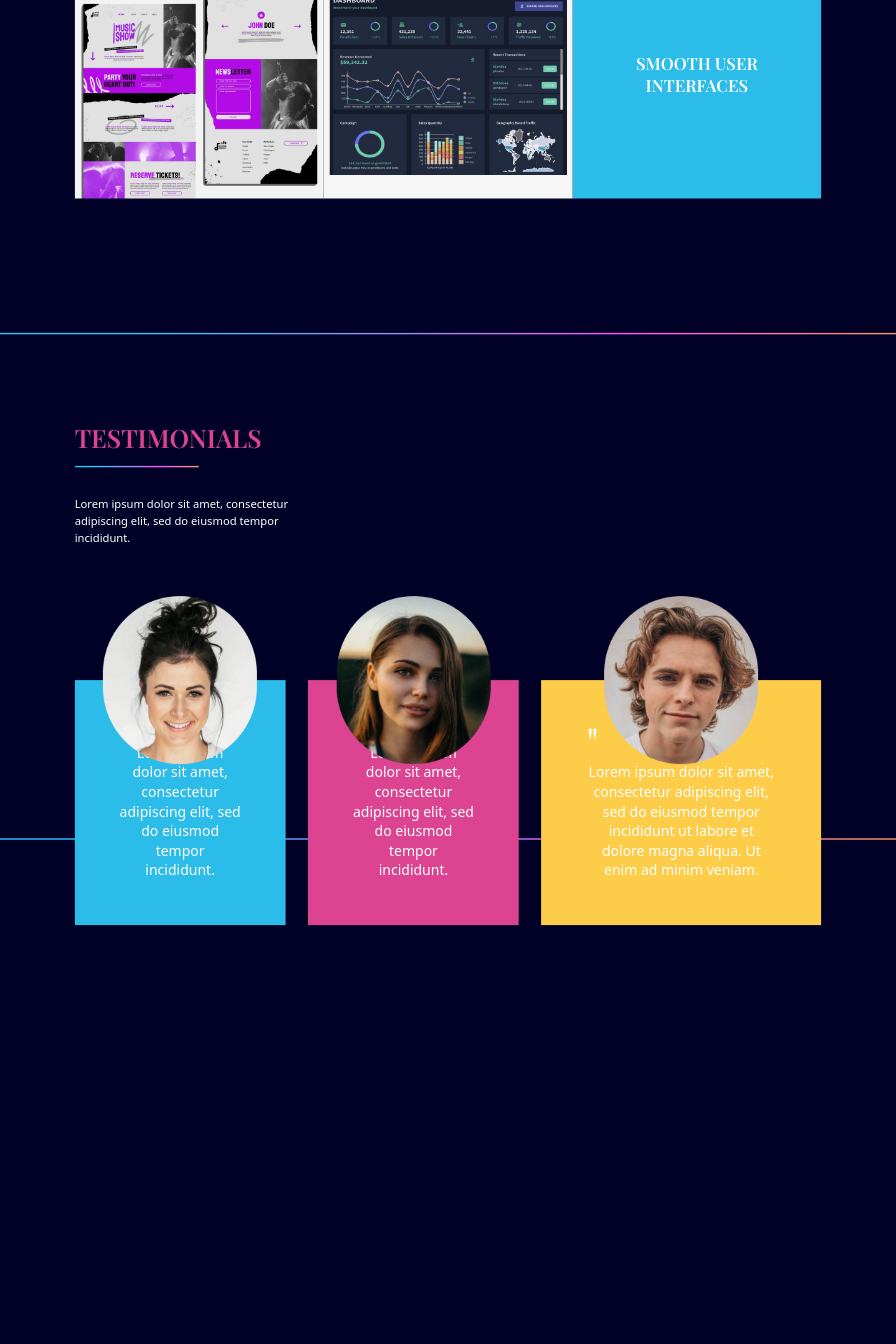
Repository: thibaultNicolas/portfolio-react
Page: /
The author's editor kept a copy of each file at every save. The page is drawn from the files as they stood at one save, then again after the next save.
The browser window is 1280 px wide. The pictures show the part of the page from y = 2761 to 4681 px (the page is 4681 px tall), at 70% of full size.
The project was rebuilt for these pictures with package versions that can differ from the ones it lists, and the page was loaded fresh each time. Also part of the build but not shown: next.config.ts.

Above is the page before, as saved 2023-01-08 12:22:28.

### public/index.html
<!DOCTYPE html>
<html lang="en">

<head>
  <meta charset="utf-8" />
  <link rel="icon" href="%PUBLIC_URL%/favicon.ico" />
  <meta name="viewport" content="width=device-width, initial-scale=1" />
  <meta name="theme-color" content="#000000" />
  <meta name="description" content="Web site created using create-react-app" />
  <link rel="apple-touch-icon" href="%PUBLIC_URL%/logo192.png" />
  <!--
      manifest.json provides metadata used when your web app is installed on a
      user's mobile device or desktop. See https://developers.google.com/web/fundamentals/web-app-manifest/
    -->
  <link rel="manifest" href="%PUBLIC_URL%/manifest.json" />
  <!--
      Notice the use of %PUBLIC_URL% in the tags above.
      It will be replaced with the URL of the `public` folder during the build.
      Only files inside the `public` folder can be referenced from the HTML.

      Unlike "/favicon.ico" or "favicon.ico", "%PUBLIC_URL%/favicon.ico" will
      work correctly both with client-side routing and a non-root public URL.
      Learn how to configure a non-root public URL by running `npm run build`.
    -->
  <title>React App</title>
  <link href="/public/output.css" rel="stylesheet">
</head>

<body>
  <noscript>You need to enable JavaScript to run this app.</noscript>
  <div id="root"></div>
  <!--
      This HTML file is a template.
      If you open it directly in the browser, you will see an empty page.

      You can add webfonts, meta tags, or analytics to this file.
      The build step will place the bundled scripts into the <body> tag.

      To begin the development, run `npm start` or `yarn start`.
      To create a production bundle, use `npm run build` or `yarn build`.
    -->
</body>

</html>

### src/index.css
@import url('https://fonts.googleapis.com/css2?family=Open+Sans:wght@400;600&family=Playfair+Display:wght@400;600&display=swap');

@tailwind base;
@tailwind components;
@tailwind utilities;

html,
body,
#root,
.app{
    height: 100%;
    background-color: #010026;
    @apply text-white;
}

### src/scenes/Navbar.jsx
import { useState } from 'react';
import AnchorLink from 'react-anchor-link-smooth-scroll';
import useMediaQuery from '../hooks/useMediaQuery';

const Link = ({ page, selectedPage, setSelectedPage }) => {
    const lowerCasePage = page.toLowerCase();
    return (
        <AnchorLink
            className={`${selectedPage === lowerCasePage ? 'text-yellow' : ''}
            hover:text-yellow transition duration-500`}
            href={`#${lowerCasePage}`}
            onClick={() => setSelectedPage(lowerCasePage)}
        >
            {page}
        </AnchorLink>
    );
};

const Navbar = ({ isTopOfPage, selectedPage, setSelectedPage }) => {
    const [isMenuToggled, setIsMenuToggled] = useState(false);
    const isAboveSmallScreens = useMediaQuery('(min-width:768px)');
    const navbarBackground = isTopOfPage ? "" : "bg-red";

    return (
        <nav className={`${navbarBackground} z-40 w-full fixed top-0 py-6`}>
            <div className="flex items-center justify-between mx-auto w-5/6">
                <h4 className="font-playfair text-3xl font-bold">NT</h4>

                {/* DESKTOP NAV */}
                {isAboveSmallScreens ? (
                    <div className="flex justify-between gap-16 font-openSans txt-sm font-semibold">
                        <Link
                            page="Home"
                            selectedPage={selectedPage}
                            setSelectedPage={setSelectedPage}
                        />
                        <Link
                            page="Skills"
                            selectedPage={selectedPage}
                            setSelectedPage={setSelectedPage}
                        />
                        <Link
                            page="Projects"
                            selectedPage={selectedPage}
                            setSelectedPage={setSelectedPage}
                        />
                        <Link
                            page="Testimonials"
                            selectedPage={selectedPage}
                            setSelectedPage={setSelectedPage}
                        />
                        <Link
                            page="Contact"
                            selectedPage={selectedPage}
                            setSelectedPage={setSelectedPage}
                        />
                    </div>
                ) : (
                    <button
                        className="rounded-full bg-red p-2"
                        onClick={() => setIsMenuToggled(!isMenuToggled)}
                    >
                        <img src="../assets/menu-icon.svg" alt="menu-icon" />
                    </button>
                )}

                {/* MOBILE MENU POPUP */}
                {!isAboveSmallScreens && isMenuToggled && (
                    <div className="fixed right-0 bottom-0 h-full bg-blue w-[300px]">
                        {/* CLOSE ICON */}
                        <div className="flex justify-end p-12">
                            <button
                                onClick={() => setIsMenuToggled(!isMenuToggled)}
                            >
                                <img
                                    src="../assets/close-icon.svg"
                                    alt="close-icon"
                                />
                            </button>
                        </div>
                        {/* MENU ITEMS */}
                        <div className="flex flex-col gap-10 ml-[33%] text-2xl text-deep-blue">
                            <Link
                                page="Home"
                                selectedPage={selectedPage}
                                setSelectedPage={setSelectedPage}
                            />
                            <Link
                                page="Skills"
                                selectedPage={selectedPage}
                                setSelectedPage={setSelectedPage}
                            />
                            <Link
                                page="Projects"
                                selectedPage={selectedPage}
                                setSelectedPage={setSelectedPage}
                            />
                            <Link
                                page="Testimonials"
                                selectedPage={selectedPage}
                                setSelectedPage={setSelectedPage}
                            />
                            <Link
                                page="Contact"
                                selectedPage={selectedPage}
                                setSelectedPage={setSelectedPage}
                            />
                        </div>
                    </div>
                )}
            </div>
        </nav>
    );
};

export default Navbar;

### src/scenes/DotGroup.jsx
import AnchorLink from 'react-anchor-link-smooth-scroll';
const DotGroup = ({ selectedPage, setSelectedPage }) => {
    const selectedStyles = `relative bg-yellow before:absolute before:w-6 before:h-6
    before:rounded-full before:border-2 before:border-yellow before:left-[-50%]
    before:top-[-50%]`;
    return (
        <div className="flex flex-col gap-6 fixed top-[60%] right-7">
            <AnchorLink
                className={`${selectedPage === 'home' ? selectedStyles : 'bg-dark-grey'}
            w-3 h-3 rounded-full`}
                href="#home"
                onClick={() => setSelectedPage('home')}
            />
            <AnchorLink
                className={`${selectedPage === 'skills' ? selectedStyles : 'bg-dark-grey'}
            w-3 h-3 rounded-full`}
                href="#skills"
                onClick={() => setSelectedPage('skills')}
            />
            <AnchorLink
                className={`${selectedPage === 'projects' ? selectedStyles : 'bg-dark-grey'}
            w-3 h-3 rounded-full`}
                href="#projects"
                onClick={() => setSelectedPage('projects')}
            />
            <AnchorLink
                className={`${selectedPage === 'testimonials' ? selectedStyles : 'bg-dark-grey'}
            w-3 h-3 rounded-full`}
                href="#testimonials"
                onClick={() => setSelectedPage('testimonials')}
            />
            <AnchorLink
                className={`${selectedPage === 'contact' ? selectedStyles : 'bg-dark-grey'}
            w-3 h-3 rounded-full`}
                href="#contact"
                onClick={() => setSelectedPage('contact')}
            />
        </div>
    );
};
export default DotGroup;

### src/scenes/Projects.jsx
import LineGradient from '../components/LineGradient';
import useMediaQuery from '../hooks/useMediaQuery';
import { motion } from 'framer-motion';

const container = {
    hidden: {},
    visible: {
        transition: { staggerChildren: 0.2 },
    },
};

const projectVariant = {
    hidden: { opacity: 0, scale: 0.8 },
    visible: { opacity: 1, scale: 1 },
};

const Project = ({ title }) => {
    const projectTitle = title.split(' ').join('-').toLowerCase();
    const overlayStyles = `absolute h-full w-full opacity-0 hover:opacity-90 transition duration-500 bg-grey z-30 flex flex-col justify-center items-center text-center p-16 text-deep-blue`;

    return (
        <motion.div variants={projectVariant} className="relative">
            <div className={overlayStyles}>
                <p className="text-2xl font-playfair">{title}</p>
                <p className="mt-7">
                    Lorem ipsum dolor sit amet, consectetur adipiscing elit, sed
                    do eiusmod tempor incididunt ut labore et dolore magna
                    aliqua. Ut enim ad minim veniam.
                </p>
            </div>
            <img src={`../assets/${projectTitle}.jpeg`} alt={projectTitle} />
        </motion.div>
    );
};

const Projects = () => {
    const isAboveMediumScreens = useMediaQuery('(min-width:1060px)');

    return (
        <section id="projects" className="pt-48 pb-48">
            {/* HEADINGS */}
            <div className="md:flex md:justify-between md:gap-16 mt-32">
                <motion.div
                    className="md:w-2/5 mx-auto text-center"
                    initial="hidden"
                    whileInView="visible"
                    viewport={{ once: true, amount: 0.5 }}
                    transition={{ duration: 0.5 }}
                    variants={{
                        hidden: { opacity: 0, x: -50 },
                        visible: { opacity: 1, x: 0 },
                    }}
                >
                    <div>
                        <p className="font-playfair font-semibold text-4xl">
                            MY <span className="text-red">PRO</span>JECTS
                        </p>
                        <div className="flex justify-center mt-5">
                            <LineGradient width="w-1/3" />
                        </div>
                    </div>

                    <p className="mt-10 mb-10">
                        Lorem ipsum dolor sit amet, consectetur adipiscing elit,
                        sed do eiusmod tempor incididunt ut labore et dolore
                        magna aliqua. Ut enim ad minim veniam.
                    </p>
                </motion.div>
            </div>
            {/* PROJECTS */}
            <div className="flex justify-center">
                <motion.div
                    className="sm:grid sm:grid-cols-2 md:grid-cols-3"
                    initial="hidden"
                    whileInView="visible"
                    viewport={{ once: true, amount: 0.5 }}
                    variants={container}
                >
                    {/* ROW 1 */}
                    <div className="flex justify-center text-center items-center p-10 bg-red max-w-[400px] max-h-[400px] text-2xl font-playfair font-semibold">
                        BEAUTIFUL USER INTERFACES
                    </div>

                    <Project title="Project 1" />
                    <Project title="Project 2" />

                    {/* ROW 2 */}
                    <Project title="Project 3" />
                    <Project title="Project 4" />
                    <Project title="Project 5" />

                    {/* ROW 3 */}
                    <Project title="Project 6" />
                    <Project title="Project 7" />

                    <div className="flex justify-center text-center items-center p-10 bg-blue max-w-[400px] max-h-[400px] text-2xl font-playfair font-semibold">
                        SMOOTH USER INTERFACES
                    </div>
                </motion.div>
            </div>
        </section>
    );
};
export default Projects;

### src/scenes/Testimonials.jsx
import LineGradient from '../components/LineGradient';
import { motion } from 'framer-motion';

const Testimonials = () => {
    const testimonialsStyles = `mx-auto relative max-w-[400px] h-[350px] flex flex-col justify-end p-16 mt-48 before:absolute before:top-[-120px] before:-ml-[110px] before:left-1/2`;

    return (
        <section id="testimonials" className="pt-32 pb-16">
            {/* HEADING */}

            <motion.div
                className="md:w-1/3 text-center md:text-left"
                initial="hidden"
                whileInView="visible"
                viewport={{ once: true, amount: 0.5 }}
                transition={{ duration: 0.5 }}
                variants={{
                    hidden: { opacity: 0, x: -50 },
                    visible: { opacity: 1, x: 0 },
                }}
            >
                <p className="font-playfair font-semibold text-4xl mb-5 text-red">
                    TESTIMONIALS
                </p>
                <LineGradient width="w-2/4" />
                <p className="mt-10">
                    Lorem ipsum dolor sit amet, consectetur adipiscing elit, sed
                    do eiusmod tempor incididunt.
                </p>
            </motion.div>

            {/* TESTIMONIALS */}
            <div className="md:flex md:justify-between gap-8">
                <motion.div
                    className={`bg-blue ${testimonialsStyles} before:content-person1`}
                    initial="hidden"
                    whileInView="visible"
                    viewport={{ once: true, amount: 0.5 }}
                    transition={{ duration: 0.5 }}
                    variants={{
                        hidden: { opacity: 0, scale: 0.8 },
                        visible: { opacity: 1, scale: 1 },
                    }}
                >
                    <p className="font-playfair text-6xl">"</p>
                    <p className="text-center text-xl">
                        Lorem ipsum dolor sit amet, consectetur adipiscing elit,
                        sed do eiusmod tempor incididunt.
                    </p>
                </motion.div>
                <motion.div
                    className={`bg-red ${testimonialsStyles} before:content-person2`}
                    initial="hidden"
                    whileInView="visible"
                    viewport={{ once: true, amount: 0.5 }}
                    transition={{ delay: 0.2, duration: 0.5 }}
                    variants={{
                        hidden: { opacity: 0, scale: 0.8 },
                        visible: { opacity: 1, scale: 1 },
                    }}
                >
                    <p className="font-playfair text-6xl">"</p>
                    <p className="text-center text-xl">
                        Lorem ipsum dolor sit amet, consectetur adipiscing elit,
                        sed do eiusmod tempor incididunt.
                    </p>
                </motion.div>
                <motion.div
                    className={`bg-yellow ${testimonialsStyles} before:content-person3`}
                    initial="hidden"
                    whileInView="visible"
                    viewport={{ once: true, amount: 0.5 }}
                    transition={{ delay: 0.4, duration: 0.5 }}
                    variants={{
                        hidden: { opacity: 0, scale: 0.8 },
                        visible: { opacity: 1, scale: 1 },
                    }}
                >
                    <p className="font-playfair text-6xl">"</p>
                    <p className="text-center text-xl">
                        Lorem ipsum dolor sit amet, consectetur adipiscing elit,
                        sed do eiusmod tempor incididunt ut labore et dolore
                        magna aliqua. Ut enim ad minim veniam.
                    </p>
                </motion.div>
            </div>
        </section>
    );
};
export default Testimonials;

### src/scenes/Contact.jsx
import LineGradient from '../components/LineGradient';
import { useForm } from 'react-hook-form';
import { motion } from 'framer-motion';

const Contact = () => {
    const {
        register,
        trigger,
        formState: { errors },
    } = useForm();

    const onSubmit = async (e) => {
        const isValid = await trigger();
        if(!isValid){
            e.preventDefault();
        }
    }

    return (
        <section id='contact' className='py-48'>
            {/* HEADING */}
        </section>
    )
};

export default Contact;

### src/components/LineGradient.jsx
const LineGradient = ({ width = 'w-full' }) => {
    return (
        <div className={`h-0.5 ${width} bg-gradient-rainblue`}>

        </div>
    )
};

export default LineGradient;

### src/hooks/useMediaQuery.jsx
import { useState, useEffect } from 'react';

const useMediaQuery = (query) => {
    const [matches, setMatches] = useState(false);

    useEffect(() => {
        const media = window.matchMedia(query);
        if (media.matches !== matches) {
            setMatches(media.matches);
        }
        const listener = () => setMatches(media.matches);
        window.addEventListener('resize', listener);
        return () => window.removeEventListener('resize', listener);
    }, [matches, query]);

    return matches;
};

export default useMediaQuery;

### src/components/SocialMediaIcons.jsx

const SocialMediaIcons = () =>{
    return (
        <div className="flex justify-center md:justify-start my-10 gap-7">
            <a
            className="hover:opacity-50 transition duration-500"
            href="https://www.linkedin.com/in/nicolas-thibault-6652b9194/"
            target="_blank"
            rel="noreferrer">
                <img src="../assets/linkedin.png" alt="linkedin-link" />
            </a>
            <a
            className="hover:opacity-50 transition duration-500"
            href="https://www.facebook.com/nicolas.thibault3/"
            target="_blank"
            rel="noreferrer">
                <img src="../assets/facebook.png" alt="facebook-link" />
            </a>
            <a
            className="hover:opacity-50 transition duration-500"
            href="https://www.instagram.com/nicolasthibault_/"
            target="_blank"
            rel="noreferrer">
                <img src="../assets/instagram.png" alt="instagram-link" />
            </a>
        </div>
    )
}
export default SocialMediaIcons;

Loaded but not shown: src/index.js (common file); src/App.js (58 lines, source omitted); tailwind.config.js (41 lines, source omitted); public/output.css (740 lines, source omitted); src/scenes/MySkills.jsx (144 lines, source omitted); src/scenes/Landing.jsx (111 lines, source omitted)

After the next save:
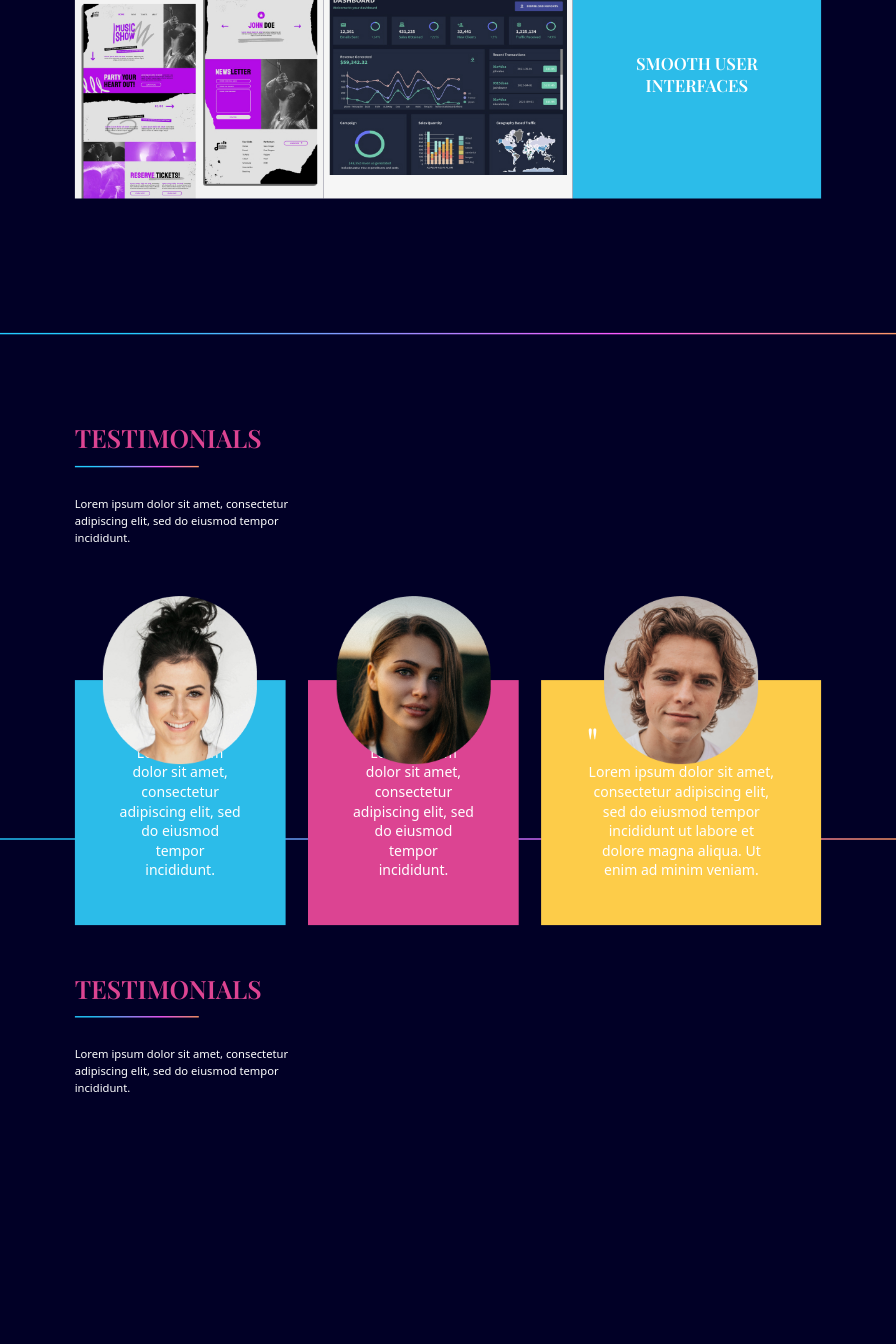
Saved 102 s later.
--- a/src/scenes/Contact.jsx
+++ b/src/scenes/Contact.jsx
@@ -19,6 +19,26 @@ const Contact = () => {
     return (
         <section id='contact' className='py-48'>
             {/* HEADING */}
+            <motion.div
+                className="md:w-1/3 text-center md:text-left"
+                initial="hidden"
+                whileInView="visible"
+                viewport={{ once: true, amount: 0.5 }}
+                transition={{ duration: 0.5 }}
+                variants={{
+                    hidden: { opacity: 0, x: -50 },
+                    visible: { opacity: 1, x: 0 },
+                }}
+            >
+                <p className="font-playfair font-semibold text-4xl mb-5 text-red">
+                    TESTIMONIALS
+                </p>
+                <LineGradient width="w-2/4" />
+                <p className="mt-10">
+                    Lorem ipsum dolor sit amet, consectetur adipiscing elit, sed
+                    do eiusmod tempor incididunt.
+                </p>
+            </motion.div>
         </section>
     )
 };
